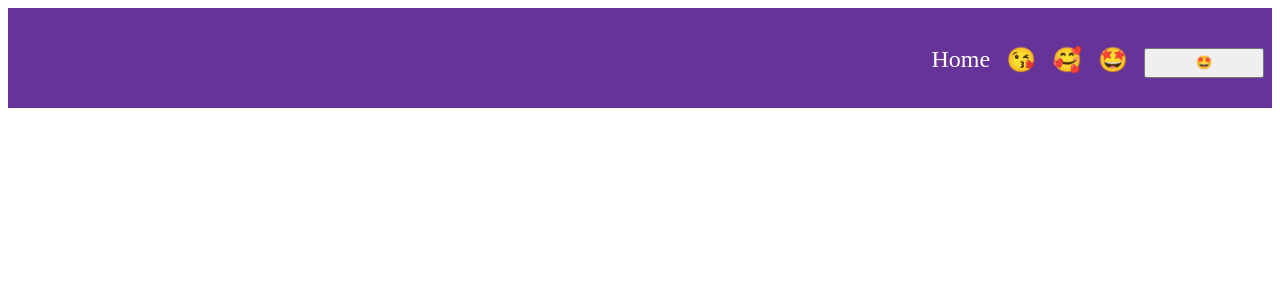
Repository: ramtoppo12/NavBar-Using-FlexBox
Page: Navbar.htm
The author's editor kept a copy of each file at every save. The page is drawn from the files as they stood at one save, then again after the next save.
The browser window is 1280 px wide. The pictures show the whole page.

Above is the page before, as saved 2020-12-12 23:32:26.

After the next save:
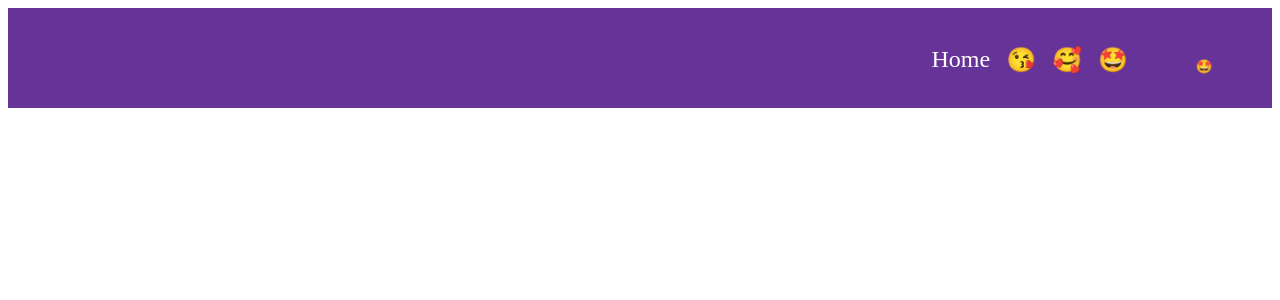
Saved 25 s later.
--- a/navbar.css
+++ b/navbar.css
@@ -22,5 +22,8 @@
 }
 nav ul li button {
   width: 120px;
-  height: 30px;
+  height: 40px;
+  outline: none;
+  border: none;
+  background-color: transparent;
 }
